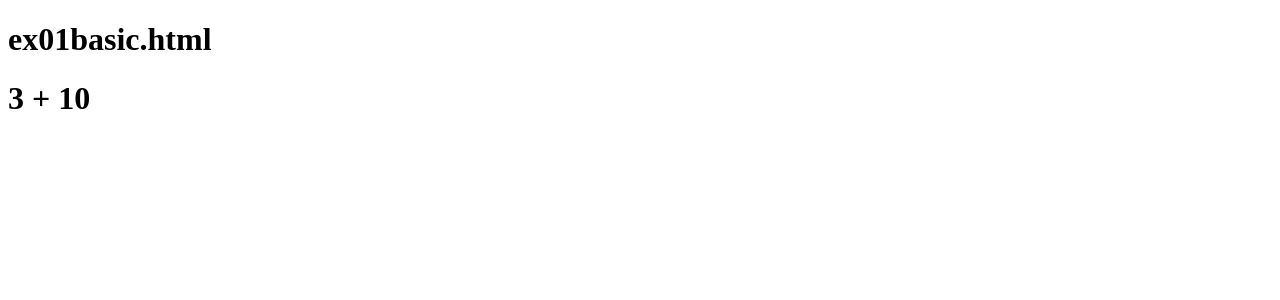
Repository: pyeonm30/PYMjspWorkspace
Page: basicJSP/src/main/webapp/01_basic/ex01basic.html
The author's editor kept a copy of each file at every save. The page is drawn from the files as they stood at one save, then again after the next save.
The browser window is 1280 px wide. The pictures show the whole page.

Above is the page before, as saved 2024-01-29 08:07:27.

After the next save:
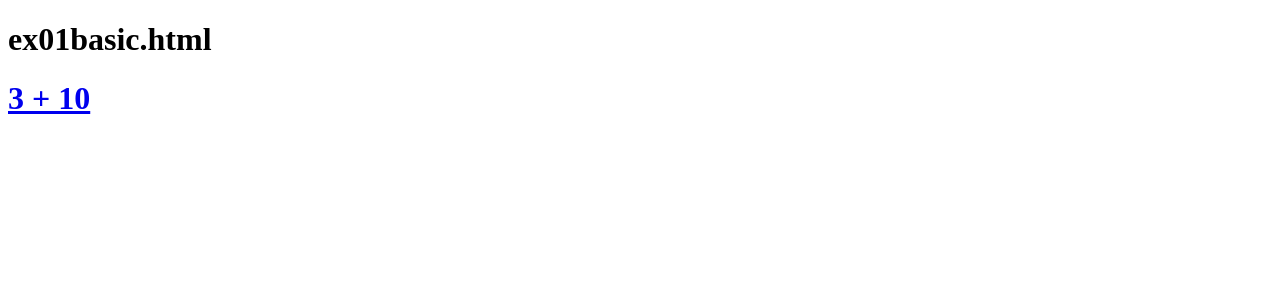
Saved 16 s later.
--- a/basicJSP/src/main/webapp/01_basic/ex01basic.html
+++ b/basicJSP/src/main/webapp/01_basic/ex01basic.html
@@ -5,6 +5,7 @@
 <title>Insert title here</title>
 </head>
 <body><h1> ex01basic.html</h1>
+<a href="./ex00basic.jsp" />
 <h1> 3 + 10 </h1>
 </body>
 </html>
